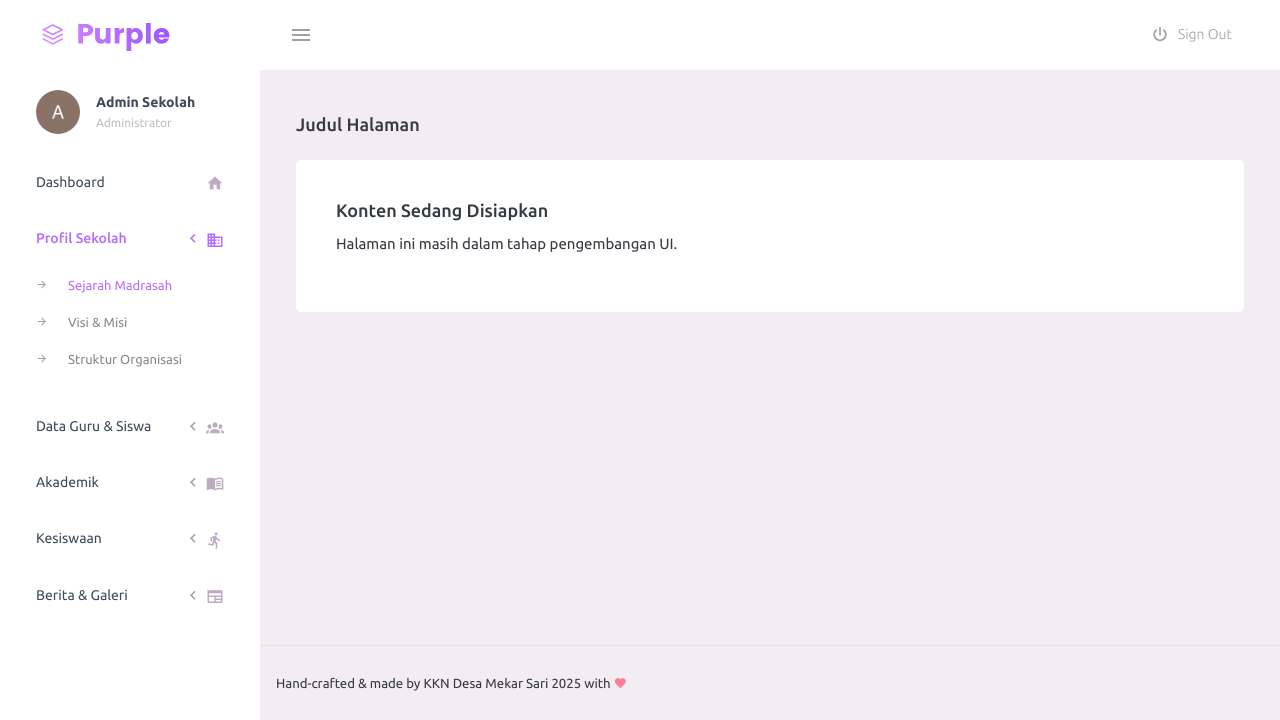
Repository: MKennyChaniago/sekolah-mi-nurul-iman
Page: http://localhost/admin/sejarah
The author's editor kept a copy of each file at every save. The page is drawn from the files as they stood at one save, then again after the next save.
The browser window is 1280 px wide. The pictures show the whole page.
The page is served by the project's Laravel application, run on PHP 8.4 with Laravel 12. A made-up administrator, Test User (test@example.com), is signed in. Other server files are loaded and not shown.

Above is the page before, as saved 2025-12-07 09:21:20.
Console error: TypeError: Cannot read properties of null (reading 'classList')

### routes/web.php
<?php

use Illuminate\Support\Facades\Route;
use App\Http\Controllers\HomeController;
// Anda mungkin akan membuat Controller baru, contohnya:
// use App\Http\Controllers\ProfileController;

// --- A. ROUTE FRONTEND (MI NURUL IMAN) ---

// 1. HOME
Route::get('/', [HomeController::class, 'index'])->name('home');

// 2. PROFIL (Menggunakan grup untuk submenu)
Route::prefix('profil')->group(function () {
    Route::get('/sejarah', function () { return view('profil.sejarah'); })->name('profil.sejarah');
    Route::get('/visi-misi', function () { return view('profil.visi_misi'); })->name('profil.visi_misi');
    Route::get('/struktur-organisasi', function () { return view('profil.struktur'); })->name('profil.struktur');
});

// 3. KESISWAAN
Route::get('/kesiswaan', function () { return view('kesiswaan.index'); })->name('kesiswaan');

// 4. BERITA & ARTIKEL
// Listing Berita Utama
Route::get('/berita', function () { return view('berita.listing'); })->name('berita.listing');
// Detail Berita dengan parameter dinamis (slug)
Route::get('/berita/{slug}', function ($slug) { return view('berita.detail', compact('slug')); })->name('berita.detail');

// 5. AKADEMIK
Route::prefix('akademik')->group(function () {
    Route::get('/kurikulum', function () { return view('akademik.kurikulum'); })->name('akademik.kurikulum');
    Route::get('/guru-staff', function () { return view('akademik.guru_staff'); })->name('akademik.guru_staff');
    Route::get('/produk-hukum', function () { return view('akademik.produk_hukum'); })->name('akademik.produk_hukum');
});

// 6. Galeri
Route::get('/galeri', function () { return view('galeri.index'); })->name('galeri');

// 7. KONTAK MANDIRI (Formulir Kontak)
Route::get('/kontak', function () { return view('kontak'); })->name('kontak');


// --- B. ROUTE BACKEND (ADMIN) ---

// 1. Route Login
Route::get('/admin/login', function () {
    return view('admin.login');
})->name('admin.login');

// 2. Route Register
Route::get('/admin/register', function () {
    return view('admin.register');
})->name('admin.register');

// 3. Route Dashboard (INI TUJUANNYA)
Route::get('/admin/dashboard', function () {
    return view('admin.dashboard');
})->name('admin.dashboard');

// ... (Route Login, Register, Dashboard sebelumnya) ...

// --- GROUP: PROFIL SEKOLAH ---
Route::get('/admin/sejarah', function () {
    return view('admin.profil.sejarah'); // Perlu buat file
})->name('admin.sejarah');

Route::get('/admin/visi-misi', function () {
    return view('admin.profil.visimisi'); // Perlu buat file
})->name('admin.visimisi');

Route::get('/admin/struktur', function () {
    return view('admin.profil.struktur'); // Perlu buat file
})->name('admin.struktur');


// --- GROUP: DATA MASTER ---
Route::get('/admin/guru', function () {
    return view('admin.guru.index');
})->name('admin.guru.index');

Route::get('/admin/guru/create', function () {
    return view('admin.guru.create');
})->name('admin.guru.create');

Route::get('/admin/siswa', function () {
    return view('admin.siswa.index');
})->name('admin.siswa.index');


// --- GROUP: AKADEMIK ---
Route::get('/admin/kurikulum', function () {
    return view('admin.akademik.kurikulum'); // Perlu buat file
})->name('admin.kurikulum.index');

Route::get('/admin/produk-hukum', function () {
    return view('admin.akademik.produkhukum'); // Perlu buat file
})->name('admin.produk_hukum.index');


// --- GROUP: KESISWAAN ---
Route::get('/admin/ekstrakurikuler', function () {
    return view('admin.kesiswaan.ekskul'); // Perlu buat file
})->name('admin.ekstrakurikuler.index');

Route::get('/admin/program-unggulan', function () {
    return view('admin.kesiswaan.program'); // Perlu buat file
})->name('admin.prestasi.index');


// --- GROUP: PUBLIKASI ---
Route::get('/admin/berita', function () {
    return view('admin.berita.index');
})->name('admin.berita.index');

Route::get('/admin/berita/create', function () {
    return view('admin.berita.create');
})->name('admin.berita.create');

Route::get('/admin/galeri', function () {
    return view('admin.galeri.index');
})->name('admin.galeri.index');

### resources/views/admin/profil/sejarah.blade.php
@extends('layouts.admin')

@section('content')
<div class="page-header">
    <h3 class="page-title"> Judul Halaman </h3>
</div>
<div class="row">
    <div class="col-12 grid-margin stretch-card">
        <div class="card">
            <div class="card-body">
                <h4 class="card-title">Konten Sedang Disiapkan</h4>
                <p>Halaman ini masih dalam tahap pengembangan UI.</p>
            </div>
        </div>
    </div>
</div>
@endsection

### resources/views/layouts/admin.blade.php
<!DOCTYPE html>
<html lang="id">
  <head>
    <meta charset="utf-8">
    <meta name="viewport" content="width=device-width, initial-scale=1, shrink-to-fit=no">
    <title>Admin - MI Nurul Iman</title>

    <link rel="stylesheet" href="{{ asset('admin/vendors/mdi/css/materialdesignicons.min.css') }}">
    <link rel="stylesheet" href="{{ asset('admin/vendors/ti-icons/css/themify-icons.css') }}">
    <link rel="stylesheet" href="{{ asset('admin/vendors/css/vendor.bundle.base.css') }}">
    <link rel="stylesheet" href="{{ asset('admin/css/style.css') }}">
    <link rel="shortcut icon" href="{{ asset('admin/images/favicon.png') }}" />
  </head>
  <body>

    <div class="container-scroller">

      @include('admin.partials.navbar')

      <div class="container-fluid page-body-wrapper">

        @include('admin.partials.sidebar')

        <div class="main-panel">
          <div class="content-wrapper">

            @yield('content')

          </div>

          @include('admin.partials.footer')

        </div>
      </div>
    </div>

    <script src="{{ asset('admin/vendors/js/vendor.bundle.base.js') }}"></script>
    <script src="{{ asset('admin/vendors/chart.js/chart.umd.js') }}"></script>
    <script src="{{ asset('admin/js/off-canvas.js') }}"></script>
    <script src="{{ asset('admin/js/misc.js') }}"></script>
    <script src="{{ asset('admin/js/settings.js') }}"></script>
    <script src="{{ asset('admin/js/todolist.js') }}"></script>
    <script src="{{ asset('admin/js/jquery.cookie.js') }}"></script>
    <script src="{{ asset('admin/js/dashboard.js') }}"></script>
  </body>
</html>

### resources/views/admin/partials/navbar.blade.php
<style>
  /* Animasi untuk tombol Logout */
  .logout-link {
    transition: all 0.3s ease-in-out; /* Gerakan halus */
    display: flex;
    align-items: center;
  }

  /* Efek saat Mouse diarahkan (Hover) */
  .logout-link:hover {
    transform: scale(1.1); /* Membesar sedikit (10%) */
    color: #dc3545 !important; /* Berubah warna jadi Merah */
  }

  .logout-link:hover i {
    color: #dc3545 !important; /* Icon juga jadi merah */
  }
</style>

<nav class="navbar default-layout-navbar col-lg-12 col-12 p-0 fixed-top d-flex flex-row">
  <div class="text-center navbar-brand-wrapper d-flex align-items-center justify-content-start">
    <a class="navbar-brand brand-logo" href="{{ route('admin.dashboard') }}"><img src="{{ asset('admin/images/logo.svg') }}" alt="logo" /></a>
    <a class="navbar-brand brand-logo-mini" href="{{ route('admin.dashboard') }}"><img src="{{ asset('admin/images/logo-mini.svg') }}" alt="logo" /></a>
  </div>

  <div class="navbar-menu-wrapper d-flex align-items-stretch">
    <button class="navbar-toggler navbar-toggler align-self-center" type="button" data-toggle="minimize">
      <span class="mdi mdi-menu"></span>
    </button>

    <ul class="navbar-nav navbar-nav-right">

      <li class="nav-item nav-logout">
        <a class="nav-link logout-link" href="{{ route('admin.login') }}" title="Keluar Aplikasi">
          <i class="mdi mdi-power"></i>

          <span class="d-none d-lg-inline ms-2">Sign Out</span>
        </a>
      </li>

    </ul>

    <button class="navbar-toggler navbar-toggler-right d-lg-none align-self-center" type="button" data-toggle="offcanvas">
      <span class="mdi mdi-menu"></span>
    </button>
  </div>
</nav>

### resources/views/admin/partials/sidebar.blade.php
<nav class="sidebar sidebar-offcanvas" id="sidebar">
  <ul class="nav">

    <li class="nav-item nav-profile">
      <a href="#" class="nav-link">
        <div class="nav-profile-image">
          <img src="{{ asset('admin/images/faces/face1.jpg') }}" alt="profile" />
          <span class="login-status online"></span>
        </div>
        <div class="nav-profile-text d-flex flex-column">
          <span class="font-weight-bold mb-2">Admin Sekolah</span>
          <span class="text-secondary text-small">Administrator</span>
        </div>
      </a>
    </li>

    <li class="nav-item">
      <a class="nav-link" href="{{ route('admin.dashboard') }}">
        <span class="menu-title">Dashboard</span>
        <i class="mdi mdi-home menu-icon"></i>
      </a>
    </li>

    <li class="nav-item">
      <a class="nav-link" data-bs-toggle="collapse" href="#profil-sekolah" aria-expanded="false" aria-controls="profil-sekolah">
        <span class="menu-title">Profil Sekolah</span>
        <i class="menu-arrow"></i>
        <i class="mdi mdi-domain menu-icon"></i>
      </a>
      <div class="collapse" id="profil-sekolah">
        <ul class="nav flex-column sub-menu">
          <li class="nav-item"> <a class="nav-link" href="{{ route('admin.sejarah') }}">Sejarah Madrasah</a></li>
          <li class="nav-item"> <a class="nav-link" href="{{ route('admin.visimisi') }}">Visi & Misi</a></li>
          <li class="nav-item"> <a class="nav-link" href="{{ route('admin.struktur') }}">Struktur Organisasi</a></li>
        </ul>
      </div>
    </li>

    <li class="nav-item">
      <a class="nav-link" data-bs-toggle="collapse" href="#data-master" aria-expanded="false" aria-controls="data-master">
        <span class="menu-title">Data Guru & Siswa</span>
        <i class="menu-arrow"></i>
        <i class="mdi mdi-account-group menu-icon"></i>
      </a>
      <div class="collapse" id="data-master">
        <ul class="nav flex-column sub-menu">
          <li class="nav-item"> <a class="nav-link" href="{{ route('admin.guru.index') }}">Data Guru & Staff</a></li>
          <li class="nav-item"> <a class="nav-link" href="{{ route('admin.siswa.index') }}">Data Siswa</a></li>
        </ul>
      </div>
    </li>

    <li class="nav-item">
      <a class="nav-link" data-bs-toggle="collapse" href="#akademik" aria-expanded="false" aria-controls="akademik">
        <span class="menu-title">Akademik</span>
        <i class="menu-arrow"></i>
        <i class="mdi mdi-book-open-variant menu-icon"></i>
      </a>
      <div class="collapse" id="akademik">
        <ul class="nav flex-column sub-menu">
          <li class="nav-item"> <a class="nav-link" href="{{ route('admin.kurikulum.index') }}">Kurikulum</a></li>
          <li class="nav-item"> <a class="nav-link" href="{{ route('admin.produk_hukum.index') }}">Produk Hukum (SK)</a></li>
        </ul>
      </div>
    </li>

    <li class="nav-item">
      <a class="nav-link" data-bs-toggle="collapse" href="#kesiswaan" aria-expanded="false" aria-controls="kesiswaan">
        <span class="menu-title">Kesiswaan</span>
        <i class="menu-arrow"></i>
        <i class="mdi mdi-run menu-icon"></i>
      </a>
      <div class="collapse" id="kesiswaan">
        <ul class="nav flex-column sub-menu">
          <li class="nav-item"> <a class="nav-link" href="{{ route('admin.ekstrakurikuler.index') }}">Ekstrakurikuler</a></li>
          <li class="nav-item"> <a class="nav-link" href="{{ route('admin.prestasi.index') }}">Program Unggulan</a></li>
        </ul>
      </div>
    </li>

    <li class="nav-item">
      <a class="nav-link" data-bs-toggle="collapse" href="#publikasi" aria-expanded="false" aria-controls="publikasi">
        <span class="menu-title">Berita & Galeri</span>
        <i class="menu-arrow"></i>
        <i class="mdi mdi-newspaper menu-icon"></i>
      </a>
      <div class="collapse" id="publikasi">
        <ul class="nav flex-column sub-menu">
          <li class="nav-item"> <a class="nav-link" href="{{ route('admin.berita.index') }}">Berita & Artikel</a></li>
          <li class="nav-item"> <a class="nav-link" href="{{ route('admin.galeri.index') }}">Galeri Foto</a></li>
        </ul>
      </div>
    </li>

  </ul>
</nav>

### resources/views/admin/partials/footer.blade.php
<footer class="footer">
  <div class="d-sm-flex justify-content-center justify-content-sm-between">
    {{-- <span class="text-muted text-center text-sm-left d-block d-sm-inline-block">Copyright © 2025 <a href="https://www.bootstrapdash.com/" target="_blank">BootstrapDash</a>. All rights reserved.</span> --}}
    <span class="float-none float-sm-right d-block mt-1 mt-sm-0 text-center">Hand-crafted & made by KKN Desa Mekar Sari 2025 with <i class="mdi mdi-heart text-danger"></i></span>
  </div>
</footer>

### public/admin/js/settings.js
(function($) {
  'use strict';
  $(function() {
    $(".nav-settings").click(function() {
      $("#right-sidebar").toggleClass("open");
    });
    $(".settings-close").click(function() {
      $("#right-sidebar,#theme-settings,#layout-settings").removeClass("open");
    });

    $("#settings-trigger").on("click", function() {
      $("#theme-settings").toggleClass("open");
    });

    //check all boxes in order status
    $("#check-all").click(function () {
      $(".checkbox").prop('checked', $(this).prop('checked'));
    });

    //background constants
    var navbar_classes = "navbar-danger navbar-success navbar-warning navbar-dark navbar-light navbar-primary navbar-info navbar-pink";
    var sidebar_classes = "sidebar-light sidebar-dark";
    var $body = $("body");

    //sidebar backgrounds
    $("#sidebar-default-theme").on("click", function() {
      $body.removeClass(sidebar_classes);
      $(".sidebar-bg-options").removeClass("selected");
      $(this).addClass("selected");
    });
    $("#sidebar-dark-theme").on("click", function() {
      $body.removeClass(sidebar_classes);
      $body.addClass("sidebar-dark");
      $(".sidebar-bg-options").removeClass("selected");
      $(this).addClass("selected");
    });
    $("#sidebar-light-theme").on("click", function() {
      $body.removeClass(sidebar_classes);
      $body.addClass("sidebar-light");
      $(".sidebar-bg-options").removeClass("selected");
      $(this).addClass("selected");
    });


    //Navbar Backgrounds
    $(".tiles.primary").on("click", function() {
      $(".navbar").removeClass(navbar_classes);
      $(".navbar").addClass("navbar-primary");
      $(".tiles").removeClass("selected");
      $(this).addClass("selected");
    });
    $(".tiles.success").on("click", function() {
      $(".navbar").removeClass(navbar_classes);
      $(".navbar").addClass("navbar-success");
      $(".tiles").removeClass("selected");
      $(this).addClass("selected");
    });
    $(".tiles.warning").on("click", function() {
      $(".navbar").removeClass(navbar_classes);
      $(".navbar").addClass("navbar-warning");
      $(".tiles").removeClass("selected");
      $(this).addClass("selected");
    });
    $(".tiles.danger").on("click", function() {
      $(".navbar").removeClass(navbar_classes);
      $(".navbar").addClass("navbar-danger");
      $(".tiles").removeClass("selected");
      $(this).addClass("selected");
    });
    $(".tiles.info").on("click", function() {
      $(".navbar").removeClass(navbar_classes);
      $(".navbar").addClass("navbar-info");
      $(".tiles").removeClass("selected");
      $(this).addClass("selected");
    });
    $(".tiles.dark").on("click", function() {
      $(".navbar").removeClass(navbar_classes);
      $(".navbar").addClass("navbar-dark");
      $(".tiles").removeClass("selected");
      $(this).addClass("selected");
    });
    $(".tiles.default").on("click", function() {
      $(".navbar").removeClass(navbar_classes);
      $(".tiles").removeClass("selected");
      $(this).addClass("selected");
    });

    //Horizontal menu in mobile
    $('[data-toggle="horizontal-menu-toggle"]').on("click", function() {
      $(".horizontal-menu .bottom-navbar").toggleClass("header-toggled");
    });
    // Horizontal menu navigation in mobile menu on click
    var navItemClicked = $('.horizontal-menu .page-navigation >.nav-item');
    navItemClicked.on("click", function(event) {
      if(window.matchMedia('(max-width: 991px)').matches) {
        if(!($(this).hasClass('show-submenu'))) {
          navItemClicked.removeClass('show-submenu');
        }
        $(this).toggleClass('show-submenu');
      }
    });

    $(window).scroll(function() {
      if(window.matchMedia('(min-width: 992px)').matches) {
        var header = $('.horizontal-menu');
        if ($(window).scrollTop() >= 71) {
          $(header).addClass('fixed-on-scroll');
        } else {
          $(header).removeClass('fixed-on-scroll');
        }
      }
    });

    $("#layout-toggler").on("click", function () {
      $("#layout-settings").addClass("open");
    });
    $("#chat-toggler").on("click", function () {
      $("#right-sidebar").addClass("open");
    });

  });
})(jQuery);

### public/admin/js/todolist.js
(function($) {
  'use strict';
  $(function() {
    var todoListItem = $('.todo-list');
    var todoListInput = $('.todo-list-input');
    $('.todo-list-add-btn').on("click", function(event) {
      event.preventDefault();

      var item = $(this).prevAll('.todo-list-input').val();

      if (item) {
        todoListItem.append("<li><div class='form-check'><label class='form-check-label'><input class='checkbox' type='checkbox'/>" + item + "<i class='input-helper'></i></label></div><i class='remove mdi mdi-close-circle-outline'></i></li>");
        todoListInput.val("");
      }

    });

    todoListItem.on('change', '.checkbox', function() {
      if ($(this).attr('checked')) {
        $(this).removeAttr('checked');
      } else {
        $(this).attr('checked', 'checked');
      }

      $(this).closest("li").toggleClass('completed');

    });

    todoListItem.on('click', '.remove', function() {
      $(this).parent().remove();
    });

  });
})(jQuery);

Loaded but not shown: app/Models/User.php (common file); public/admin/vendors/mdi/css/materialdesignicons.min.css (library); public/admin/vendors/ti-icons/css/themify-icons.css (library); public/admin/vendors/css/vendor.bundle.base.css (common file); public/admin/css/style.css (library); public/admin/vendors/js/vendor.bundle.base.js (library); public/admin/vendors/chart.js/chart.umd.js (library); public/admin/js/off-canvas.js (common file); public/admin/js/jquery.cookie.js (library); public/admin/images/logo.svg (90 lines, source omitted); public/admin/images/logo-mini.svg (41 lines, source omitted); public/admin/js/dashboard.js (250 lines, source omitted); public/admin/js/misc.js (122 lines, source omitted)

After the next save:
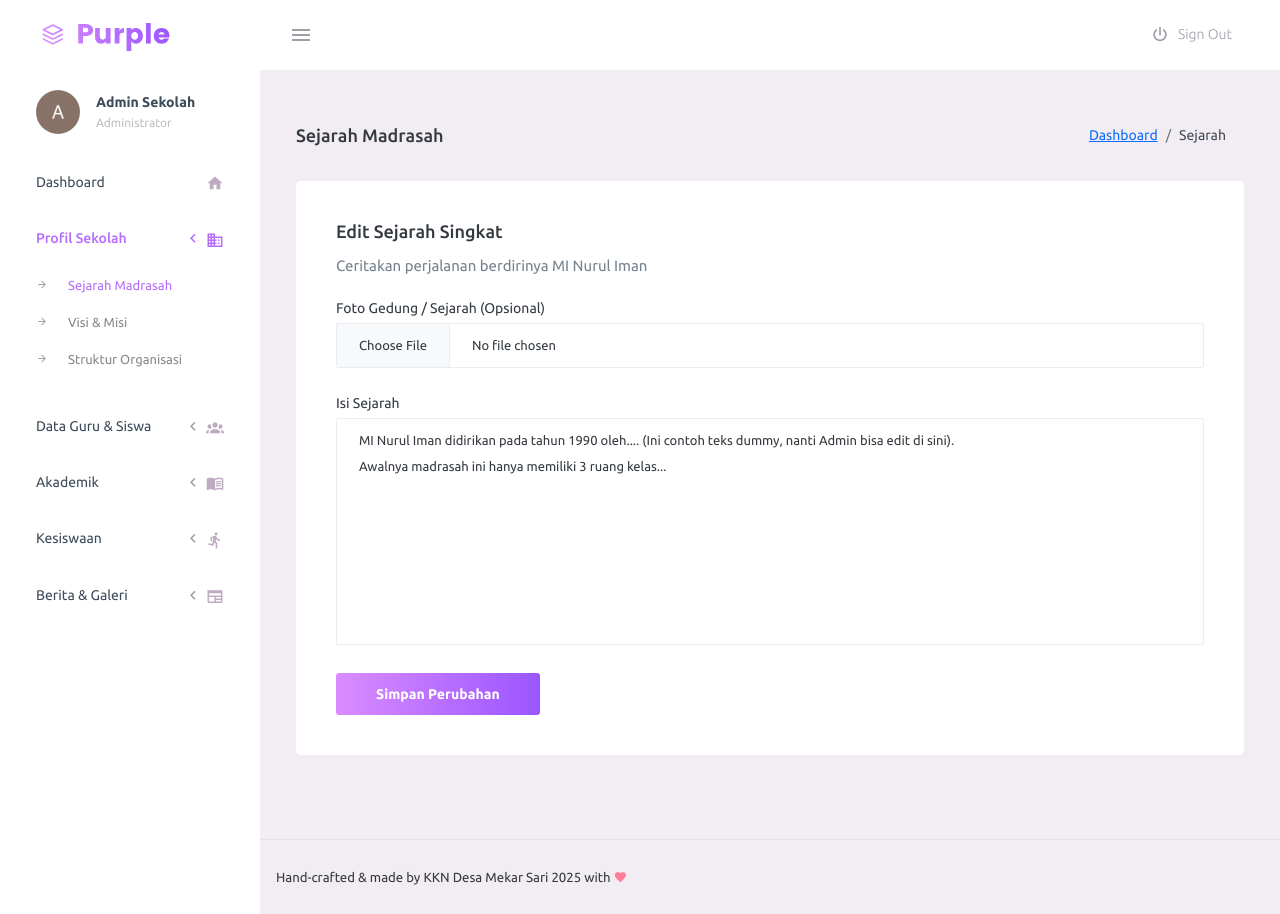
Saved 3 min 53 s later.
--- a/resources/views/admin/profil/sejarah.blade.php
+++ b/resources/views/admin/profil/sejarah.blade.php
@@ -1,15 +1,45 @@
 @extends('layouts.admin')
+
+@section('title', 'Sejarah Madrasah')
 
 @section('content')
 <div class="page-header">
-    <h3 class="page-title"> Judul Halaman </h3>
+    <h3 class="page-title"> Sejarah Madrasah </h3>
+    <nav aria-label="breadcrumb">
+        <ul class="breadcrumb">
+            <li class="breadcrumb-item"><a href="{{ route('admin.dashboard') }}">Dashboard</a></li>
+            <li class="breadcrumb-item active" aria-current="page">Sejarah</li>
+        </ul>
+    </nav>
 </div>
+
 <div class="row">
     <div class="col-12 grid-margin stretch-card">
         <div class="card">
             <div class="card-body">
-                <h4 class="card-title">Konten Sedang Disiapkan</h4>
-                <p>Halaman ini masih dalam tahap pengembangan UI.</p>
+                <h4 class="card-title">Edit Sejarah Singkat</h4>
+                <p class="card-description"> Ceritakan perjalanan berdirinya MI Nurul Iman </p>
+
+                <form class="forms-sample">
+                    <div class="form-group">
+                        <label>Foto Gedung / Sejarah (Opsional)</label>
+                        <input type="file" name="img[]" class="file-upload-default">
+                        <div class="input-group col-xs-12">
+                            <input type="file" class="form-control file-upload-info" placeholder="Upload Image">
+                        </div>
+                    </div>
+
+                    <div class="form-group">
+                        <label for="sejarah">Isi Sejarah</label>
+                        <textarea class="form-control" id="sejarah" rows="15">
+MI Nurul Iman didirikan pada tahun 1990 oleh.... (Ini contoh teks dummy, nanti Admin bisa edit di sini).
+
+Awalnya madrasah ini hanya memiliki 3 ruang kelas...
+                        </textarea>
+                    </div>
+
+                    <button type="submit" class="btn btn-gradient-primary me-2">Simpan Perubahan</button>
+                </form>
             </div>
         </div>
     </div>
